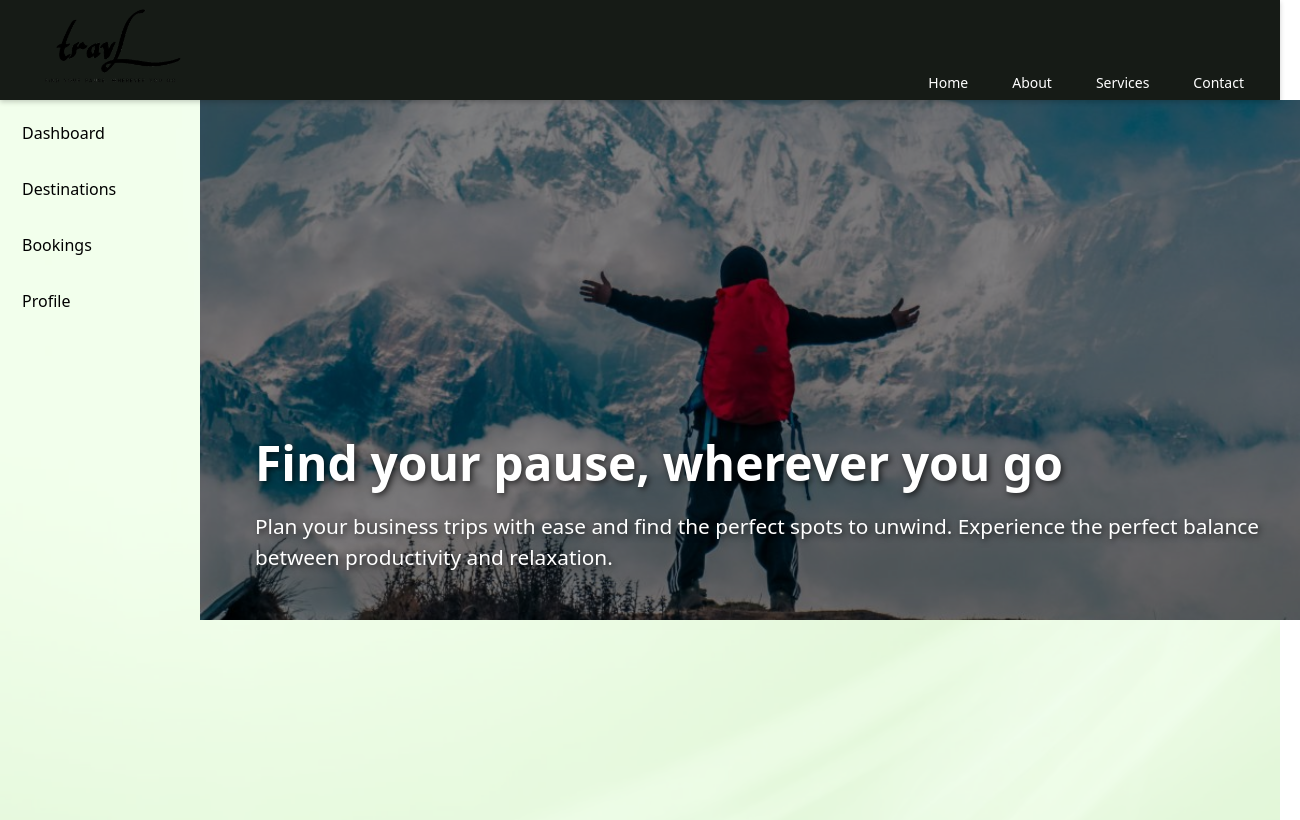
Repository: Nakib-Arman/Javafest25---travL
Page: / (app in Frontend/)
The author's editor kept a copy of each file at every save. The page is drawn from the files as they stood at one save, then again after a run of saves.
The browser window is 1280 px wide. The page is 1300 px wide, so the pictures cover 1300 px, including what lies to the right of the window. The pictures show the whole page.
Pictures or frames that could not be fetched are drawn as grey boxes. The project was rebuilt for these pictures with package versions that can differ from the ones it lists, and the page was loaded fresh each time. Also part of the build but not shown: Frontend/vite.config.js.

Above is the page before, as saved 2025-08-13 08:58:35.

After the next 2 saves:
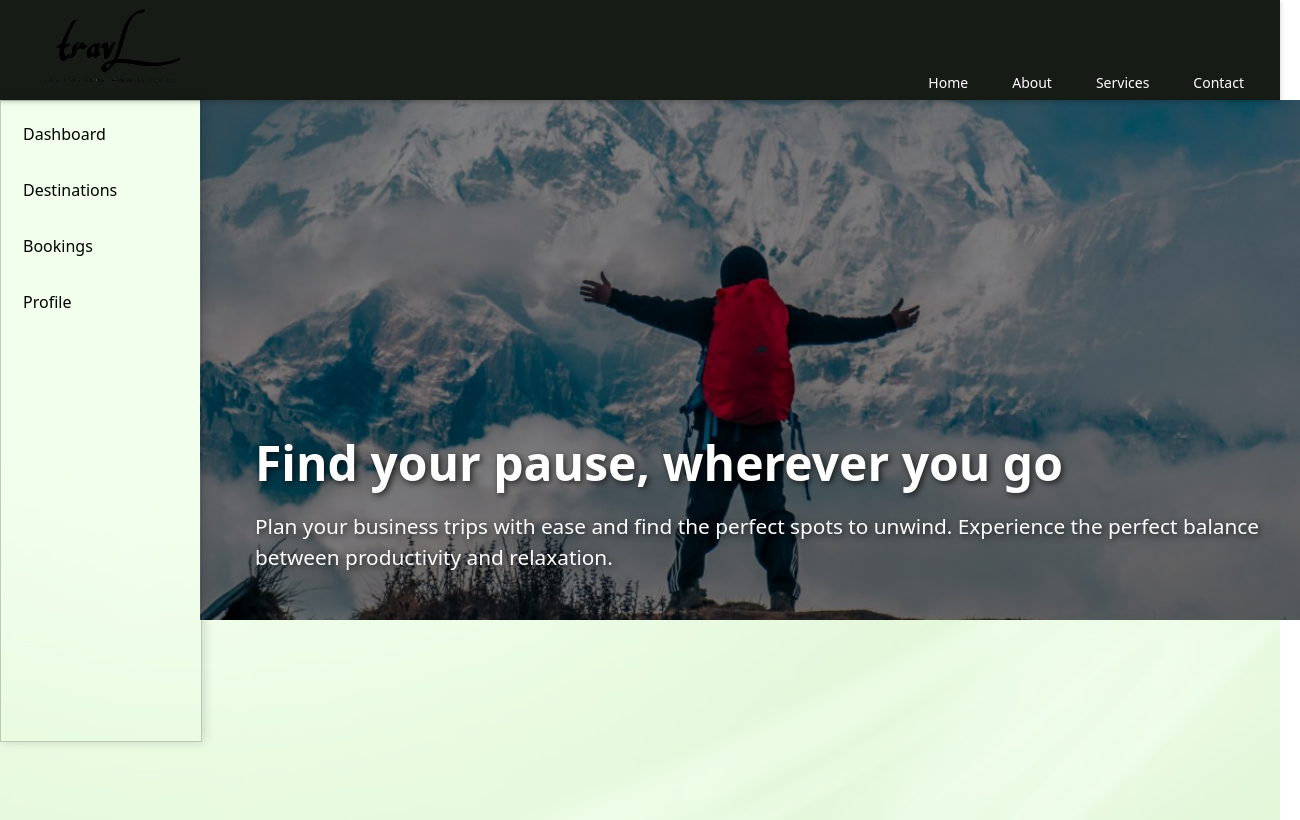
The 2 saves are shown as one change because they came seconds apart.
The last was saved 22 s later.
--- a/Frontend/src/CSS/Sidebar.css
+++ b/Frontend/src/CSS/Sidebar.css
@@ -1,16 +1,21 @@
 .sidebar {
-    position: fixed;
-    top: 100px; /* below topbar height */
-    left: 0;
-    width: 180px;
-    height: calc(100vh - 100px);
-    background-color: transparent;
-    display: flex;
-    flex-direction: column;
-    padding: 10px;
-    gap: 10px;
-    z-index: 1000;
-  }
+  position: fixed;
+  top: 100px; /* below topbar height */
+  left: 0;
+  width: 180px;
+  height: calc(100vh - 100px);
+  background-color: transparent;
+  display: flex;
+  flex-direction: column;
+  padding: 10px;
+  gap: 10px;
+  z-index: 1000;
+
+  /* Border + shadow */
+  border: 1px solid rgba(0, 0, 0, 0.2);
+  box-shadow: 2px 0 10px rgba(0, 0, 0, 0.15);
+}
+
 
   .sidebar button {
     background-color: transparent;
